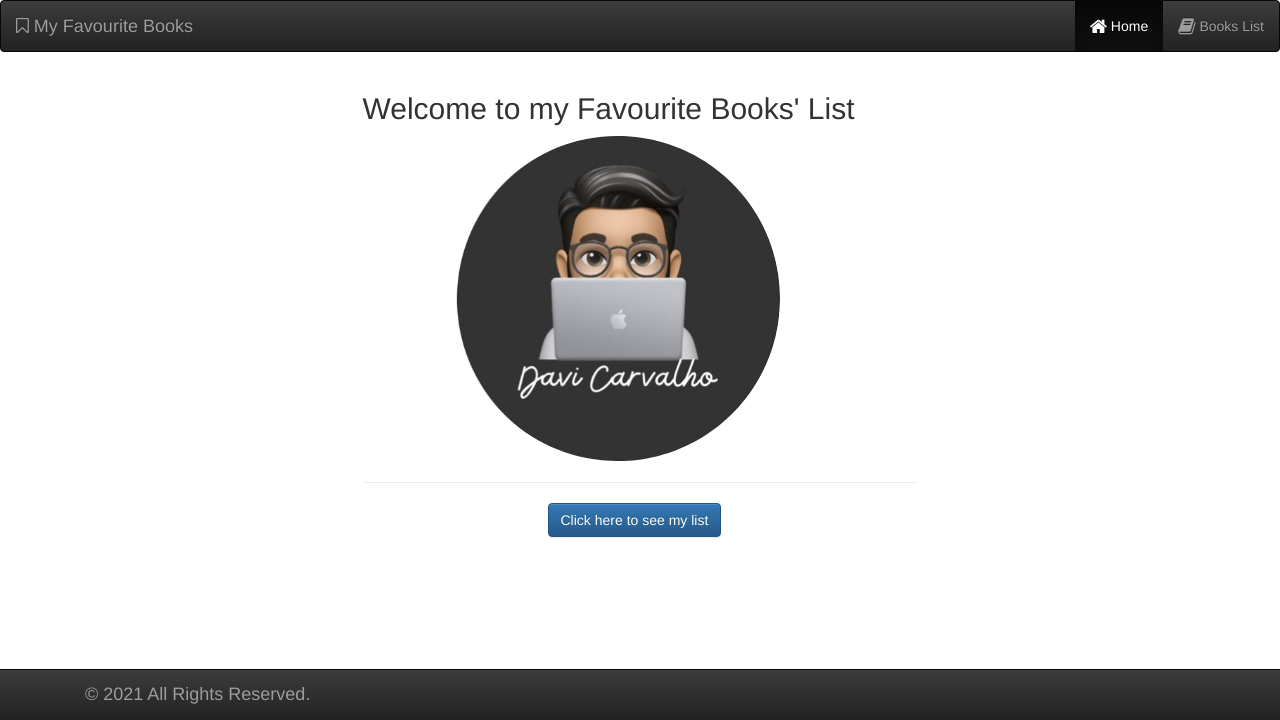
Repository: daviccarvalho/COMP229-M2021-Midterm-301154671
Page: http://localhost/
The author's editor kept a copy of each file at every save. The page is drawn from the files as they stood at one save, then again after the next save.
The browser window is 1280 px wide. The pictures show the whole page.
The page is served by the project's Node server (server.js). Other server files are loaded and not shown.

Above is the page before, as saved 2021-06-22 19:07:23.

### server/views/content/index.ejs
<!--
Web App Name: Favourite Book List
Student Name: Davi Cavalcante de Carvalho
Student id# 301154671
June 22, 2021
-->
<%- include('../partials/header.ejs'); %>

    <!-- MAIN CONTENT -->
    <div class="container">
      <div class="row">
        <div class="col-md-offset-3 col-md-6">
          <h2>Welcome to my Favourite Books' List</h2>
        <img src="../../Assets/images/logo.svg" class="col-md-offset-2 pe-4 d-block img-fluid align-top">
      <hr class="my-4">
        <a class="btn btn-primary col-md-offset-4" href="/books" role="button">Click here to see my list</a>
      </div>
    </div>

<%- include('../partials/footer.ejs'); %>

### server/views/partials/header.ejs
<!--
Web App Name: Favourite Book List
Student Name: Davi Cavalcante de Carvalho
Student id# 301154671
June 22, 2021
-->
<!DOCTYPE html>
<html lang="en">
  <head>
    <meta charset="utf-8">
    <meta name="viewport" content="width=device-width, initial-scale=1">
    <title><%= title %></title>
    <!-- CSS SECTION -->
    <link rel="stylesheet" href="/Scripts/lib/bootstrap/dist/css/bootstrap.min.css">
    <link rel="stylesheet" href="/Scripts/lib/bootstrap/dist/css/bootstrap-theme.min.css">
    <link rel="stylesheet" href="/Scripts/lib/font-awesome/css/font-awesome.min.css">
    <link rel="stylesheet" href="/@fortawesome/fontawesome-free/css/all.min.css">
    <link rel='stylesheet' href='/Content/app.css' />
  </head>
  <body>

  <nav class="navbar navbar-inverse" role="navigation">
    <!-- Brand and toggle get grouped for better mobile display -->
    <div class="navbar-header">
      <button type="button" class="navbar-toggle" data-toggle="collapse" data-target=".navbar-ex1-collapse">
        <span class="sr-only">Toggle navigation</span>
        <span class="icon-bar"></span>
        <span class="icon-bar"></span>
        <span class="icon-bar"></span>
      </button>
      <a class="navbar-brand" href="/"><i class="fa fa-bookmark-o"></i> My Favourite Books</a>
    </div>

    <!-- Collect the nav links, forms, and other content for toggling -->
    <div class="collapse navbar-collapse navbar-ex1-collapse">
      <ul class="nav navbar-nav navbar-right">
        <% if(title == "Home") { %>
          <li class="active"><a href="/"><i class="fa fa-home fa-lg"></i> Home</a></li>
        <% } else { %>
          <li><a href="/"><i class="fa fa-home fa-lg"></i> Home</a></li>
        <% } %>

          <% if(title == "books") { %>
          <li class="active"><a href="/books"><i class="fa fa-book fa-lg">
          </i> Books List</a></li>
          <% } else { %>
            <li><a href="/books"><i class="fa fa-book fa-lg">
            </i> Books List</a></li>
          <% } %>

      </ul>
    </div><!-- /.navbar-collapse -->
  </nav>

### server/views/partials/footer.ejs
<!--
Web App Name: Favourite Book List
Student Name: Davi Cavalcante de Carvalho
Student id# 301154671
June 22, 2021
-->
<nav class="navbar navbar-inverse navbar-fixed-bottom">
  <div class="container">
    <h4  class="navbar-text">&copy; 2021 All Rights Reserved.</h4>
  </div>
</nav>



<!-- JAVASCRIPT SECTION -->
    <script src="/Scripts/lib/jquery/dist/jquery.min.js"></script>
    <script src="/Scripts/lib/bootstrap/dist/js/bootstrap.min.js"></script>
    <script src="/Scripts/app.js"></script>
  </body>
</html>

### server.js
/*
Web App Name: Favourite Book List
Student Name: Davi Cavalcante de Carvalho
Student id# 301154671
June 22, 2021*/

let app = require('./server/config/app');
let debug = require('debug')('comp308-w2019-midterm:server');
let http = require('http');

/**
 * Get port from environment and store in Express.
 */

let port = normalizePort(process.env.PORT || '3000');
app.set('port', port);

/**
 * Create HTTP server.
 */

let server = http.createServer(app);

/**
 * Listen on provided port, on all network interfaces.
 */

server.listen(port);
server.on('error', onError);
server.on('listening', onListening);

/**
 * Normalize a port into a number, string, or false.
 */

function normalizePort(val) {
  let port = parseInt(val, 10);

  if (isNaN(port)) {
    // named pipe
    return val;
  }

  if (port >= 0) {
    // port number
    return port;
  }

  return false;
}

/**
 * Event listener for HTTP server "error" event.
 */

function onError(error) {
  if (error.syscall !== 'listen') {
    throw error;
  }

  let bind = typeof port === 'string'
    ? 'Pipe ' + port
    : 'Port ' + port;

  // handle specific listen errors with friendly messages
  switch (error.code) {
    case 'EACCES':
      console.error(bind + ' requires elevated privileges');
      process.exit(1);
      break;
    case 'EADDRINUSE':
      console.error(bind + ' is already in use');
      process.exit(1);
      break;
    default:
      throw error;
  }
}

/**
 * Event listener for HTTP server "listening" event.
 */

function onListening() {
  let addr = server.address();
  let bind = typeof addr === 'string'
    ? 'pipe ' + addr
    : 'port ' + addr.port;
  debug('Listening on ' + bind);
}

### server/routes/index.js
/*
Web App Name: Favourite Book List
Student Name: Davi Cavalcante de Carvalho
Student id# 301154671
June 22, 2021
*/
// modules required for routing
let express = require('express');
let router = express.Router();
let mongoose = require('mongoose');

// define the book model
let book = require('../models/books');

/* GET home page. wildcard */
router.get('/', (req, res, next) => {
  res.render('content/index', {
    title: 'Home',
    books: ''
   });
});

module.exports = router;

### client/Assets/images/logo.svg
<svg width="326" height="327" xmlns="http://www.w3.org/2000/svg" xmlns:xlink="http://www.w3.org/1999/xlink" overflow="hidden"><defs><clipPath id="clip0"><rect x="70" y="63" width="326" height="327"/></clipPath><image width="462" height="455" xlink:href="data:[embedded picture, 33003 characters]" preserveAspectRatio="none" id="img1"></image><clipPath id="clip2"><path d="M70 226.5C70 136.754 142.754 64 232.5 64 322.246 64 395 136.754 395 226.5 395 316.246 322.246 389 232.5 389 142.754 389 70 316.246 70 226.5Z" fill-rule="evenodd" clip-rule="evenodd"/></clipPath></defs><g clip-path="url(#clip0)" transform="translate(-70 -63)"><g clip-path="url(#clip2)"><use width="100%" height="100%" xlink:href="#img1" transform="matrix(0.703463 0 0 0.714286 70 64)"></use></g></g></svg>

### client/Scripts/app.js
/* custom JS goes here */

/* pagination code from http://www.bootply.com/lxa0FF9yhw */
$.fn.pageMe = function(opts){
    var $this = this,
        defaults = {
            perPage: 7,
            showPrevNext: false,
            hidePageNumbers: false
        },
        settings = $.extend(defaults, opts);

    var listElement = $this;
    var perPage = settings.perPage;
    var children = listElement.children();
    var pager = $('.pager');

    if (typeof settings.childSelector!="undefined") {
        children = listElement.find(settings.childSelector);
    }

    if (typeof settings.pagerSelector!="undefined") {
        pager = $(settings.pagerSelector);
    }

    var numItems = children.size();
    var numPages = Math.ceil(numItems/perPage);

    pager.data("curr",0);

    if (settings.showPrevNext){
        $('<li><a href="#" class="prev_link">«</a></li>').appendTo(pager);
    }

    var curr = 0;
    while(numPages > curr && (settings.hidePageNumbers==false)){
        $('<li><a href="#" class="page_link">'+(curr+1)+'</a></li>').appendTo(pager);
        curr++;
    }

    if (settings.showPrevNext){
        $('<li><a href="#" class="next_link">»</a></li>').appendTo(pager);
    }

    pager.find('.page_link:first').addClass('active');
    pager.find('.prev_link').hide();
    if (numPages<=1) {
        pager.find('.next_link').hide();
    }
  	pager.children().eq(1).addClass("active");

    children.hide();
    children.slice(0, perPage).show();

    pager.find('li .page_link').click(function(){
        var clickedPage = $(this).html().valueOf()-1;
        goTo(clickedPage,perPage);
        return false;
    });
    pager.find('li .prev_link').click(function(){
        previous();
        return false;
    });
    pager.find('li .next_link').click(function(){
        next();
        return false;
    });

    function previous(){
        var goToPage = parseInt(pager.data("curr")) - 1;
        goTo(goToPage);
    }

    function next(){
        goToPage = parseInt(pager.data("curr")) + 1;
        goTo(goToPage);
    }

    function goTo(page){
        var startAt = page * perPage,
            endOn = startAt + perPage;

        children.css('display','none').slice(startAt, endOn).show();

        if (page>=1) {
            pager.find('.prev_link').show();
        }
        else {
            pager.find('.prev_link').hide();
        }

        if (page<(numPages-1)) {
            pager.find('.next_link').show();
        }
        else {
            pager.find('.next_link').hide();
        }

        pager.data("curr",page);
      	pager.children().removeClass("active");
        pager.children().eq(page+1).addClass("active");

    }
};

// IIFE
(function(){
  $(".btn-danger").click(function(event){
    if(!confirm("Are you sure?")) {
      event.preventDefault();
      window.location.assign("/books");
    }
  });

 /* pagination code */
  $('#myTable').pageMe(
    {pagerSelector:'#myPager',showPrevNext:true,hidePageNumbers:false,perPage:6}
    );
})();

Loaded but not shown: client/Scripts/lib/bootstrap/dist/css/bootstrap.min.css (library); client/Scripts/lib/bootstrap/dist/css/bootstrap-theme.min.css (library); client/Scripts/lib/font-awesome/css/font-awesome.min.css (library); client/Content/app.css (common file); client/Scripts/lib/jquery/dist/jquery.min.js (library); client/Scripts/lib/bootstrap/dist/js/bootstrap.min.js (library)

After the next save:
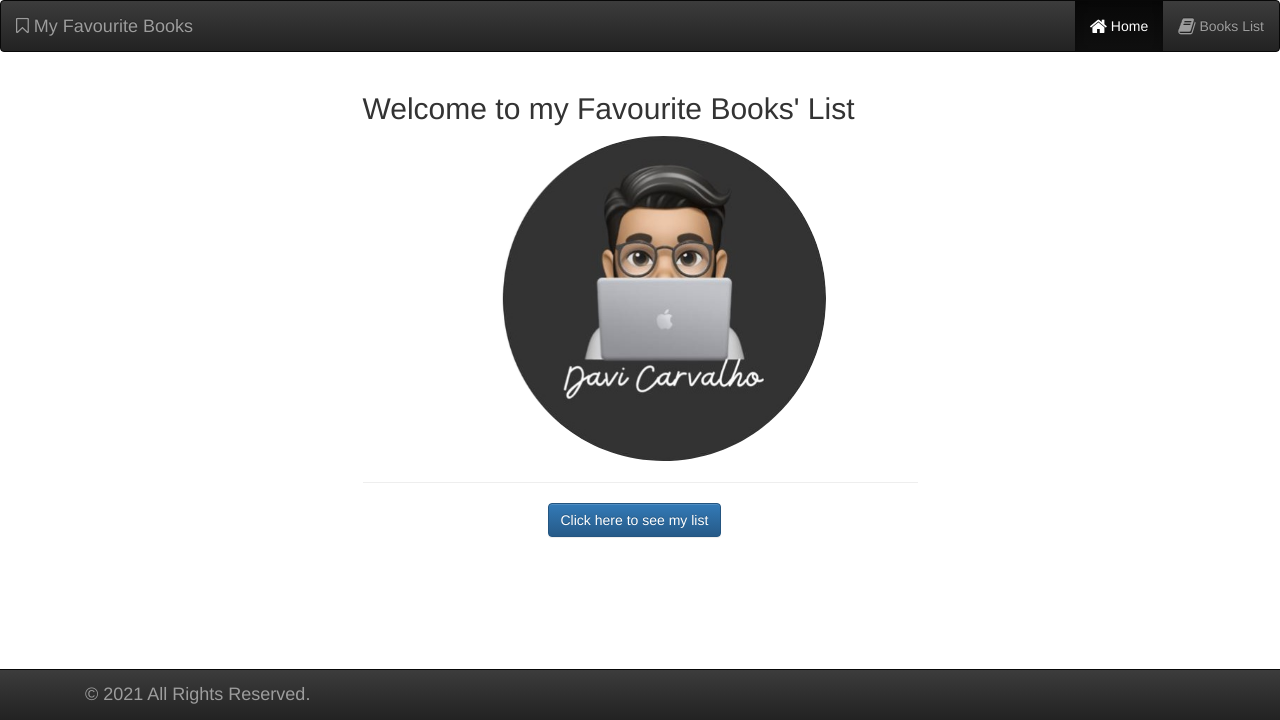
Saved 14 s later.
--- a/server/views/content/index.ejs
+++ b/server/views/content/index.ejs
@@ -11,7 +11,7 @@ June 22, 2021
       <div class="row">
         <div class="col-md-offset-3 col-md-6">
           <h2>Welcome to my Favourite Books' List</h2>
-        <img src="../../Assets/images/logo.svg" class="col-md-offset-2 pe-4 d-block img-fluid align-top">
+        <img src="../../Assets/images/logo.svg" class="col-md-offset-3 pe-4 d-block img-fluid align-top">
       <hr class="my-4">
         <a class="btn btn-primary col-md-offset-4" href="/books" role="button">Click here to see my list</a>
       </div>
